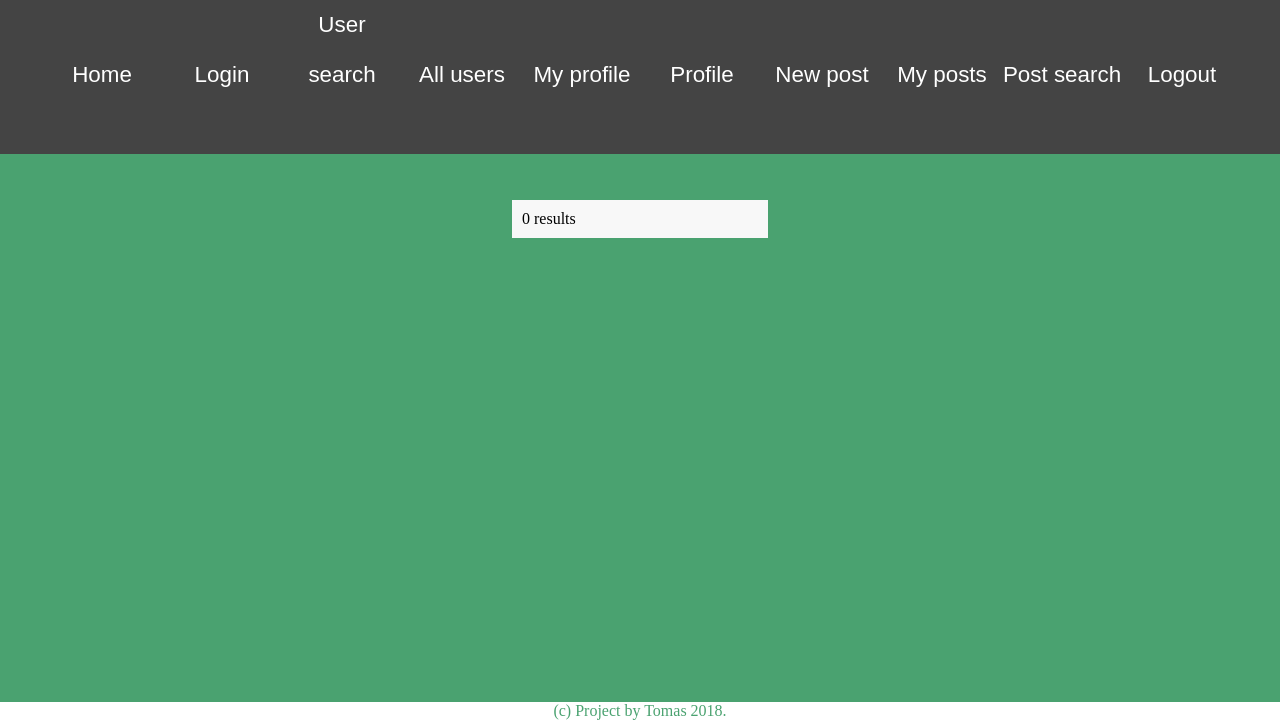
Repository: codin-full-stack/tomasz
Page: http://localhost/tomasz/userInfo.php
An editor plug-in stored every save of this project. The page is shown before and after the next save, followed by the edit.
The browser window is 1280 px wide. The pictures show the whole page.
The page is run by PHP 8.4 with error messages shown; the project is at /var/www/html/.

Above is the page before, as saved 2018-10-12 11:41:11.

### userInfo.php

<?php
include 'config.php';
include 'header.php';
?>


<div class="userinfo">
    <?php if (isset($_SESSION['id'])) {
            $search_value=$_SESSION["id"];
            $sql="select * from users where id like '%$search_value%'";
            $res=$conn->query($sql); ?>
          <?php  while($row=$res->fetch_assoc()){ ?>
            <div class="userinfo-box">
                <div class="userinfo-box-image-container">
                    <?php if (!empty($row['image'])){ ?>
                        <img src="data:[embedded picture, 66 characters]" class="userinfo-box-image" /></a>
                    <?php } ?>
                </div>
                <div class="userinfo-box-info">
                    <h2 class="userinfo-box-heading">
                        <?php
                             echo "ID - </b>" . $row["id"]. "<br>" .
                                "Vardas: " . $row["name"]. "<br>" .
                                "Pavarde: " . $row["surename"]. "<br>" .
                                "Email: " . $row["email"]. "<br>" .
                                "Amzius: " . $row["age"]. "<br>" .
                                "Miestas: " . $row["city"]. "<br>" .
                                "Lytis: " . $row["gender"]. "<br><br>";
                        ?>
                    </h2>
                </div>
            </div>
        <?php } ?>
    <?php } else { ?>
        0 results
    <?php } ?>
</div>

<?php
include 'footer.php';
?>

### config.php
<?php
$servername = "localhost";
$username = "root";
$password = "";
$db = "tomasz";

$conn = mysqli_connect($servername, $username, $password, $db);

if (!$conn) {
    die("Connection failed: " . mysqli_connect_error());
}
// echo "Connected successfully";

?>

### header.php
<?php
session_start();
// include('sessionCheck.php');
include('jsonFunctions.php');
?>

<!DOCTYPE html>
<html>
<head>
    <meta charset="utf-8" />
    <title>
    <?php
        if(isset($_SESSION['id'])) {
            $search_value=$_SESSION["id"];
            $sql3="select * from users where id ='$search_value'";
            $result3=mysqli_query($conn, $sql3);
            $row3=mysqli_fetch_assoc($result3);
            echo "Prisijunges: " . $row3['name'];
        } else {
            echo 'Prisjunk';
        }
    ?>
    </title>
    <meta name="viewport" content="width=device-width, initial-scale=1.0">
    <link rel="stylesheet" href="styles/styles.css" type="text/css">
    <link href="https://fonts.googleapis.com/css?family=Roboto" rel="stylesheet">
</head>
<header>
    <div class="nav">
        <?php include('TopMenu.php')?>
    </div>
</header>

### jsonFunctions.php
<?php

function scanFiles($dir) {
    $path = __DIR__ . DIRECTORY_SEPARATOR . $dir;
    $files = scandir($path);

    return $files;
}

/** DECODE json to array and return  */
function jsonFileToArray($dir, $file) {
    $path = __DIR__ . DIRECTORY_SEPARATOR . $dir . DIRECTORY_SEPARATOR;
    $file = file_get_contents($path . $file, FILE_USE_INCLUDE_PATH);
    $allInfo = json_decode($file, true);

    return $allInfo;
}

/** ENCODE array to JSON */
function arrayToJsonFile($dir, $data) {
    $path = __DIR__ . DIRECTORY_SEPARATOR . $dir . DIRECTORY_SEPARATOR;
    $encodeFileName = urlencode($data['email'] . '.json');
    $json = json_encode($data, JSON_PRETTY_PRINT|JSON_UNESCAPED_UNICODE);
    file_put_contents($path . $encodeFileName , $json);
    echo "Ikelta: $path . $encodeFileName . <br> . <br>";
}

/** Show all registered users data  */
function allRegisteredList($files, $dir) {
    foreach ($files as $key => $value) {
        $pos = strpos($value, '.json');
        if ($pos != false) {
           $allInfo = jsonFileToArray($dir, $value);
            foreach ($allInfo as $key => $item) {
                if (!is_array($item)) {
                    echo $key . '=>' . $item . '<br/>';
                } else {
                    foreach ($item as $key => $val) {
                        echo $key . '=>' . $val . '<br/>';
                    }
                }
            }
            echo '<br/>';
        }
    }
}

function fileExists($dir, $fileName) {
    $path = __DIR__ . DIRECTORY_SEPARATOR . $dir . DIRECTORY_SEPARATOR;
    if(file_exists($path . $fileName)) {
        return true;
    } else {
        return false;
    }
}
/**
 * SEARCH FOR USER
 */
function searchUser($labelsArray, $fileName, $data) {
    if (!empty ($data)) {
        // var_dump (fileExists('regFormJson', $fileName)); FUNKCIJOS test
        if (fileExists('regFormJson', $fileName)) {
            $json = jsonFileToArray('regFormJson', $fileName);
            unset($json['pass']);
            foreach ($json as $key => $item) {
                if (!empty($item)) {
                    echo $labelsArray[$key] . ': ' .  $item . '<br>' ;
                }
            }
        } else {
            echo "Tokio vartotojo nera";
        }
    }
}

/** Show registered info */
function retrieve($fileName, $data, $labelsArray ) {
    if (!empty ($data)) {
            $json = jsonFileToArray('regFormJson', $fileName);
            foreach ($json as $key => $item) {
                if (!empty($item)) {
                    echo $labelsArray[$key] . ': ' .  $item . '<br>' ;
            }
        }
    }
}


// function loginU($fileName, $data) {
//     if (!empty($data) && fileExists('regFormJson', $fileName)) {

//         header("location: index.php");
//     } else {
//         header("location: login.php");
//     }
// }

function getFilePath($logindata){
    $filePath = __DIR__ . DIRECTORY_SEPARATOR . 'regFormJson' . DIRECTORY_SEPARATOR . urlencode($logindata['email'] . '.json');

    return $filePath;
 }

 /** Funkcija vartotojo duomenu istraukimui */

 function getUserInfo($filePath){
    if(file_exists($filePath)){
        $info2 = file_get_contents($filePath);
        $masyv = json_decode($info2, true);
        return $masyv;
    } else {
        return null;
    }
 }

 function loginU($data){

    $filePath = getFilePath($data);
    $userInfo = getUserInfo($filePath);

    if(!empty($userInfo)){

        checkPass($filePath, $data);

    /** jei vartotojas egzistuoja issitraukti jo duomenis, patikrinti issaugota slaptazodi su postinamu passu ir jei jei sutampa uzsetinti sesija */
    } else {
        echo 'Neteisingas slaptazodis';
    }
 }

 /** funkcija slaptazodzio palyginimui */
 function checkPass($filePath, $data){

    $data['pass1'] = md5($data['pass1']);

    $userInfo = getUserInfo($filePath);

    if ($userInfo['pass'] == $data['pass1']){

        $_SESSION = [
            'email'   => $userInfo['email'],
        ];

        header('refresh:0.1; index.php');
    } else {
        echo 'Neteisingas slaptazodis';
    }
 }


 function userInfo($labelsArray, $fileName) {
    if (fileExists('regFormJson', $fileName)) {
        $json = jsonFileToArray('regFormJson', $fileName);
        unset($json['pass']);
        foreach ($json as $key => $item) {
            if (!empty($item)) {
                echo $labelsArray[$key] . ': ' .  $item . '<br>' ;
            }
        }
    }
 }

function getInfo() {
    if (isset($session['id'])) {

    }
}
?>

### TopMenu.php
<script src="script.js"></script>
<ul>
    <li><a href="index.php">Home</a></li>
    <li class="log"><a href="login.php">Login</a></li>
    <li><a href="paieska.php">User search</a></li>
    <li><a href="allRegisteredList.php">All users</a></li>
    <li><a href="userInfo.php">My profile</a></li>
    <li><a href="infoChange.php">Profile</a></li>
    <li><a href="post_new.php">New post</a></li>
    <li><a href="myPosts.php">My posts</a></li>
    <li><a href="search.php">Post search</a></li>
    <li class="log"><a href="logout.php">Logout</a></li>
    <li class="kaledos"><a></a></li>
</ul>

### footer.php
<div class="footer">
    (c) Project by Tomas 2018.
</div>
<script src="script.js"></script>
</body>
</html>

### styles/styles.css
body {
    background: #4AA270;
    align-items: center;
    height: 100%;
    width: 100%;
    margin: 0;
    padding: 0;

}
.container {
    overflow: hidden;
    margin: 220px auto;
    width: 320px;
    box-sizing: border-box;
}

.box {
    padding: 20px;
    background-color: #FFFFFF;
    height: 280px;
    box-sizing: border-box;

}

.buttons {
    display: flex;
    height: 40px;

}

.lButton {
    width: 50%;
    color: #000000;
    background-color: #FFFFFF;
    border: 0;
    padding: 10px 10px 10px 30px;
    cursor: pointer;
    min-height: 40px;
    justify-content: center;
}

.rButton {
    width: 50%;
    color: #FFFFFF;
    background-color: #E1E1E1;
    border: 0;
    padding: 10px 10px 10px 30px;
    cursor: pointer;
    min-height: 40px;
    justify-content: center;
}

.boxReg {
    padding: 20px;
    background-color: #FFFFFF;
    height: 600px;
    box-sizing: border-box;
}

.field {
    display: flex;
    position: relative;
    width: 100%;
    padding: 2px;
    background-color: #FFFFFF;
    border-style: none;
    border-bottom-style: solid;
    border-bottom-color: #E1E1E1;
    border-width: 1px;
    box-sizing: border-box;
    font-family: 'Roboto', sans-serif;
    box-shadow: inset 20px 20px #FFFFFF;
}

.label {
    display: flex;
    padding-top: 30px;
    font-family: 'Roboto', sans-serif;
    font-size: 12px;
    font-weight: bold;
    position: relative;
    right: -2px;
    border-style: none;
}

.field:focus{
    outline:none;
    border-color: #4AA270;
}

.rButton:focus {
    outline: 0;
    border-bottom: 1px solid #FFFFFF;
    box-shadow: 0 3px 0 #4AA270;
}

.lButton:focus {
    outline: 0;
    border-bottom: 1px solid #FFFFFF;
    box-shadow: 0 3px 0 #4AA270;
}

.sigin {
    background-color: #4AA270;
    color: white;
    padding: 6px 14px;
    border: none;
    width: 40%;
    position: relative;
    top: 60px;
    float: right;
}

.sigin:focus {
    outline: 1;
    outline-color: #4AA270;
}
.forgot-link {
    position: relative;
    float: left;
    top: 65px;
    font-family: 'Roboto', sans-serif;
    font-size: 11px;
    color: #97D8D7;
}
.regButton {
    background-color: #4AA270;
    color: white;
    padding: 6px 14px;
    border: none;
    width: 40%;
    position: relative;
    top: 5px;
    float: right;
}
.labelspace {
    display: flex;
    padding-top: 10px;
    font-family: 'Roboto', sans-serif;
    font-size: 12px;
    font-weight: bold;
    position: relative;
    right: -2px;
    border-style: none;
}
.labelradio {
    display: inline-block;
    font-family: 'Roboto', sans-serif;
    font-size: 12px;
    font-weight: bold;
    position: relative;
    right: -2px;
    border-style: none;
}
.footer {
    position: fixed;
    left: 0;
    bottom: 0;
    width: 100%;
    background-color: #ffffff;
    color: #4AA270;
    text-align: center;

}
.allreg {
    color: #4AA270;
}

.feed {
    display: flex; /* or inline-flex */
    width: 61%;
    background-color: #F8F8F8;
    margin-top: 40px;
    margin-right: auto;
    margin-left: auto;
    flex-wrap: wrap;
    justify-content: space-around;
    padding: 10px;
}

.feed-box {
    height: 425px;
    width: 270px;
    background-color:#ffffff;
    position: relative;
    overflow: hidden;
    margin: 5px;
}

.feed-box-image {
    height: auto;
    width: 100%;

}
.feed-box:nth-child(4n-3) {
    width: 560px;
}
.feed-box-title {
    position: absolute;
    bottom: 0;
    padding: 5px;
    background-color: #ffffff;
    width: 100%;
}
.feed-box-image-container {
    overflow: hidden;
    height: 290px;
    width: auto;

}

* {
    box-sizing: border-box;
}

.feed-box-heading {
    overflow-wrap: break-word;
    font-family: 'Roboto', sans-serif;
    font-size: 20px;
}

.mygtukasPaieska {
    text-align: right;
    background: white;
    margin: auto;
}

.searchbutton {
    background-color: #4AA270;
    color: white;
    padding: 6px 14px;
    border: none;
    width: 30%;
    position: absolute;
    top: 45px;
    right: 20px;

}

.paieska {
    display: block;
    width: 300px;
    background-color: #ffffff;
    min-height: 140px;
    margin-top: 40px;
    margin-right: auto;
    margin-left: auto;
    flex-wrap: wrap;
    position: relative;
    top: 100px;
    padding: 10px;
}

.textPad {
    padding: 20px;
    background-color: white;
    width: 400px;
    margin: 250px auto;
}
.fieldPost {
    display: flex;
    position: relative;
    width: 100%;
    padding: 10px;
    background-color: #FFFFFF;
    border-style: none;
    border-bottom-style: solid;
    border-bottom-color: #E1E1E1;
    border-width: 1px;
    box-sizing: border-box;
    font-family: 'Roboto', sans-serif;
    box-shadow: inset 20px 20px #FFFFFF;
}
.fieldPost:focus{
    outline:none;
    border-color: #4AA270;
}
.postButton {
    background-color: #4AA270;
    color: white;
    padding: 6px 14px;
    border: none;
    width: 30%;
    position: relative;
    top: -15px;
    float: right;
}
.feed-box-heading a {
    font-family: 'Roboto', sans-serif;
    font-size: 20px;
    color: #494949;
    border: none;
    text-decoration: none;
}

.boxLogin {
    display: flex; /* or inline-flex */
    background-color: transparent;
    margin-top: 40px;
    margin-right: auto;
    margin-left: auto;
    flex-wrap: wrap;
    padding: 10px;
}
.containerlogin {
    overflow: hidden;
    margin: 220px auto;
    width: 320px;
    box-sizing: border-box;
}

.nav {
    position: fixed;
    width: 100%;
    background-color: #494949;
    overflow: hidden;
    top: 0px;
    z-index: 100;
    left: 0px;
}

.nav ul {
    list-style: none;
    background-color: #444;
    text-align: center;
    padding: 0;
    margin: 0;
  }
  .nav li {
    font-family: 'Oswald', sans-serif;
    font-size: 1.2em;
    line-height: 40px;
    height: 40px;
    border-bottom: 1px solid #888;
    width: 100%;
  }

  .nav a {
    text-decoration: none;
    color: #fff;
    display: block;
    transition: .3s background-color;
  }

  .nav a:hover {
    background-color: #025e10;
  }

  .nav a.active {
    background-color: #fff;
    color: #444;
    cursor: default;
  }
  .users {
    display: flex;
    width: 80%;
    background-color: #F8F8F8;
    margin-top: 50px;
    margin-right: auto;
    margin-left: auto;
    flex-wrap: wrap;
    justify-content: space-between;
    padding: 10px;
}
.userinfo {
    display: flex;
    width: 20%;
    background-color: #F8F8F8;
    margin-top: 200px;
    margin-right: auto;
    margin-left: auto;
    flex-wrap: wrap;
    justify-content: space-between;
    padding: 10px;
}

  @media screen and (min-width: 435px) {
    .nav li {
      width: 120px;
      border-bottom: none;
      height: 50px;
      line-height: 50px;
      font-size: 1.4em;
      display: inline-block;
      margin-right: -4px;
    }
}

@media only screen and (max-width: 1440px) {
    .feed-box:nth-child(4n+4) {
        width: 560px;
    }
    .feed {
        margin-top: 45px;
    }
}
@media only screen and (max-width: 1024px) {
    .feed-box:nth-child(1n) {
        width: 48%;
    }
    .feed {
        width: 75%;
        margin-top: 93px;
    }
    .users-box:nth-child(1n) {
        width: 32%;
    }
    .users {
        margin-top: 93px;
    }
    .userinfo {
        width: 30%;
    }

}
@media only screen and (max-width: 768px) {
    .feed-box:nth-child(1n) {
        width: 100%;
    }
    .users-box:nth-child(1n) {
        width: 48%;
    }
    .users {
        margin-top: 93px;
    }
    .userinfo {
        width: 40%;
    }
}
@media only screen and (max-width: 425px) {
    .feed-box:nth-child(1n) {
        width: 100%;
    }
    .feed {
        width: 90%;
        margin-top: 393px;
    }
    .users {
        width: 90%;
        margin-top: 393px;
    }
    .userinfo {
        width: 60%;
        margin-top: 393px;
    }
}
@media only screen and (max-width: 320px) {
    .feed-box:nth-child(1n) {
        width: 100%;
    }
    .feed {
        width: 95%;
    }
    .users {
        width: 95%;
    }
    .userinfo {
        width: 90%;
    }
}
.allUsers a {
    font-family: 'Roboto', sans-serif;
    font-size: 12px;
    color: #494949;
    overflow-wrap: break-word;
}

.users-box {
    height: 425px;
    width: 270px;
    background-color:#ffffff;
    position: relative;
    overflow: hidden;
    margin: 5px;
}

.users-box-image {
    height: auto;
    width: 100%;

}

.users-box-info {
    position: absolute;
    bottom: 0;
    padding: 5px;
    background-color: #ffffff;
    width: 100%;
}
.users-box-image-container {
    overflow: hidden;
    height: 290px;
    width: auto;

}
.users-box-heading {
    overflow-wrap: break-word;
    font-family: 'Roboto', sans-serif;
    font-size: 17px;
}

.userinfo-box {
    height: 425px;
    width: 100%;
    background-color:#ffffff;
    position: relative;
    overflow: hidden;
    margin: 5px;
}

.userinfo-box-image {
    height: auto;
    width: 100%;

}

.userinfo-box-info {
    position: absolute;
    bottom: 0;
    padding: 5px;
    background-color: #ffffff;
    width: 100%;
}
.userinfo-box-image-container {
    overflow: hidden;
    height: 290px;
    width: auto;

}
.userinfo-box-heading {
    overflow-wrap: break-word;
    font-family: 'Roboto', sans-serif;
    font-size: 17px;
}

.tableinfo {
    margin-top: 100px;
    max-width: 100%;
    min-height: 100%;
}

thead {
    background-color: #6D7AE0;
    color: #fff;
    font-family: 'Roboto', sans-serif;
    font-size: 17px;
    text-align: left;

}

tbody {
    background-color: #ffffff;
    font-family: 'Roboto', sans-serif;
    font-size: 14px;


}

table {
    border-collapse: collapse;
    border-radius: 12px;
    border: none;
    letter-spacing: 1px;
    font-family: sans-serif;
    font-size: .8rem;
    width: 50%;
    overflow: hidden;
    margin-left: auto;
    margin-right: auto;

}

th {
    border: none;
    padding: 5px 40px;
    height: 60px;
    font-weight: normal !important;
}

td {
    border: none;
    /* padding: 5px 40px; */
    text-align: center;
    height: 50px;
    font-weight: normal !important;
    border-bottom: 1px solid #F2F2F2;
    text-align: left;
}

td a {
    padding: 15px 40px;
    text-decoration: none;
    color: #646464;
}
@media only screen and (max-width: 760px),
(min-device-width: 768px) and (max-device-width: 1024px)  {

	/* Force table to not be like tables anymore */
	table, thead, tbody, th, td, tr {
        display: block;
    }
    table {
        width: 90%;
    }

	/* Hide table headers (but not display: none;, for accessibility) */
	thead tr {
		position: absolute;
		top: -9999px;
		left: -9999px;
	}

	tr { border: 1px solid #ccc; }

	td {
		border: none;
		border-bottom: 1px solid #eee;
		position: relative;
		padding-left: 50%;
	}

	td:before {
		position: absolute;
		top: 6px;
		left: 6px;
		width: 45%;
		padding-right: 10px;
		white-space: nowrap;
    }

	td:nth-of-type(1):before { content: "Full name"; }
	td:nth-of-type(2):before { content: "Age"; }
	td:nth-of-type(3):before { content: "Job Title"; }
	td:nth-of-type(4):before { content: "Location"; }

}

### script.js
// Set the date we're counting down to
function kaledos() {
    var countDownDate = new Date("Dec 25, 2018 00:00:00").getTime();

    // Update the count down every 1 second
    var x = setInterval(function() {


    // Get todays date and time
    var now = new Date().getTime();


    // Find the distance between now and the count down date
    var distance = countDownDate - now;

    // Time calculations for days, hours, minutes and seconds
    var days = Math.floor(distance / (1000 * 60 * 60 * 24));
    var hours = Math.floor((distance % (1000 * 60 * 60 * 24)) / (1000 * 60 * 60));
    var minutes = Math.floor((distance % (1000 * 60 * 60)) / (1000 * 60));
    var seconds = Math.floor((distance % (1000 * 60)) / 1000);


    // Display the result in the element with id="demo"
      document.getElementById("demo").innerHTML =  days + "d " + hours + "h "
      + minutes + "m " + seconds + "s ";
      document.getElementById('kaledos').style.visibility='visible';

    //   var left = days + "d " + hours + "h "+ minutes + "m " + seconds + "s ";
    //   console.log(left);

    // If the count down is finished, write some text
        if (distance < 0) {
            clearInterval(x);
            document.getElementById("demo").innerHTML = "Kaledos!";
        }
    }, 1000);
}

var countDownDate = new Date("Dec 25, 2018 00:00:00").getTime();
var now = new Date().getTime();
var distance = countDownDate - now;
var days = Math.floor(distance / (1000 * 60 * 60 * 24));
var target = document.querySelectorAll('.kaledos');
target.innerHTML = days;
console.log(days);

After the next save:
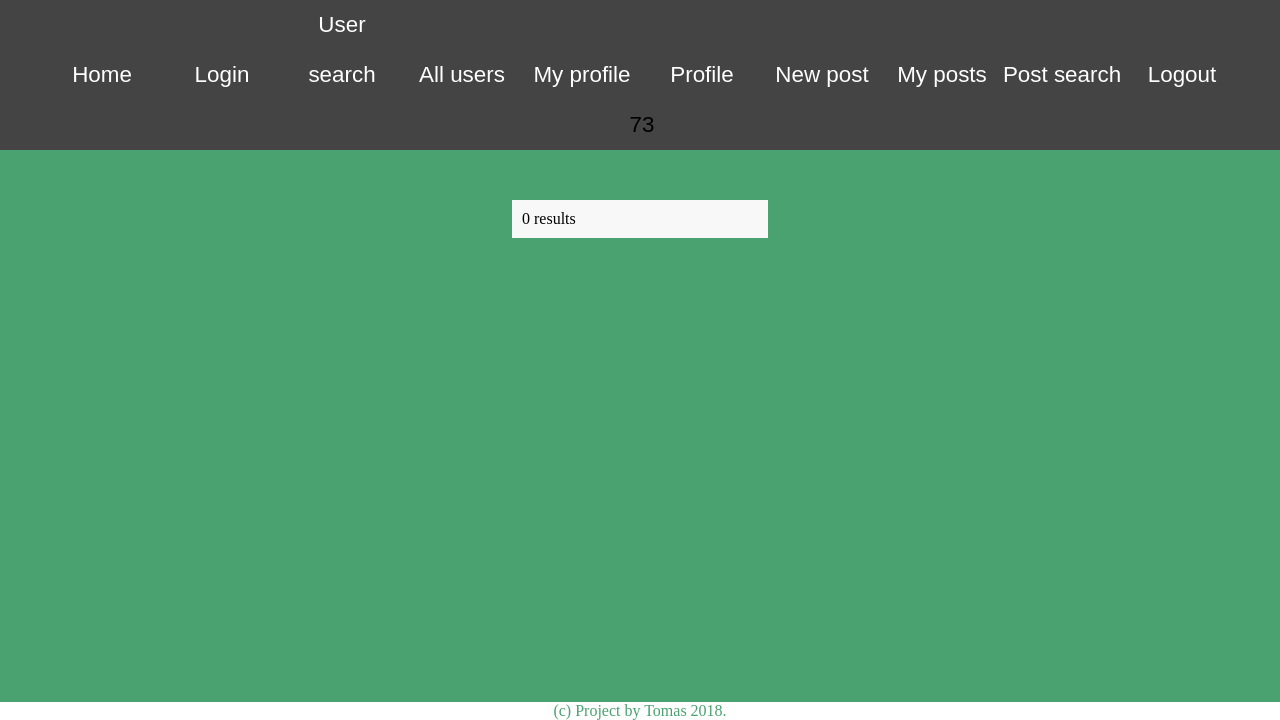
Console error: TypeError: Cannot set properties of null (setting 'innerHTML')
Saved 11 s later.
--- a/script.js
+++ b/script.js
@@ -40,6 +40,6 @@
 var now = new Date().getTime();
 var distance = countDownDate - now;
 var days = Math.floor(distance / (1000 * 60 * 60 * 24));
-var target = document.querySelectorAll('.kaledos');
+var target = document.querySelector('.kaledos');
 target.innerHTML = days;
 console.log(days);

After the 4 saves that followed:
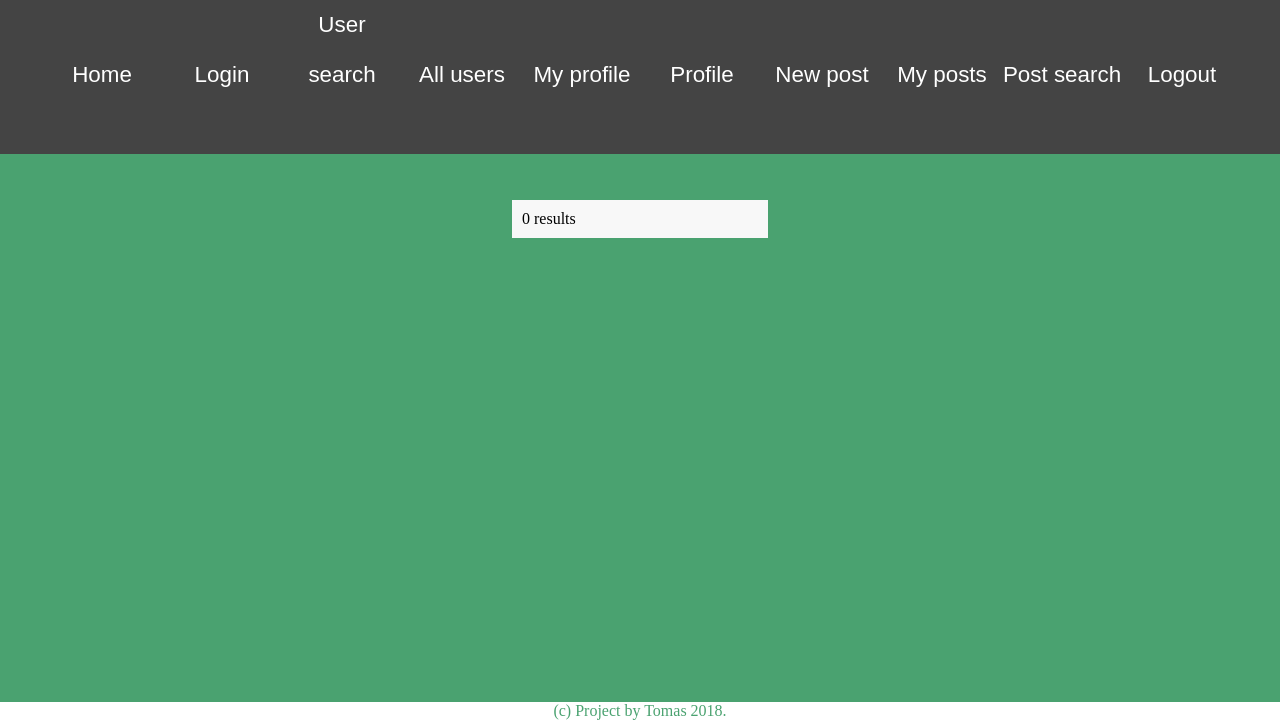
Console error: ReferenceError: c is not defined
The 4 saves are shown as one change because 2 left the picture as it was and some came seconds apart.
The last was saved 28 s later.
--- a/script.js
+++ b/script.js
@@ -40,6 +40,9 @@
 var now = new Date().getTime();
 var distance = countDownDate - now;
 var days = Math.floor(distance / (1000 * 60 * 60 * 24));
+//
+
 var target = document.querySelector('.kaledos');
+c
 target.innerHTML = days;
 console.log(days);
